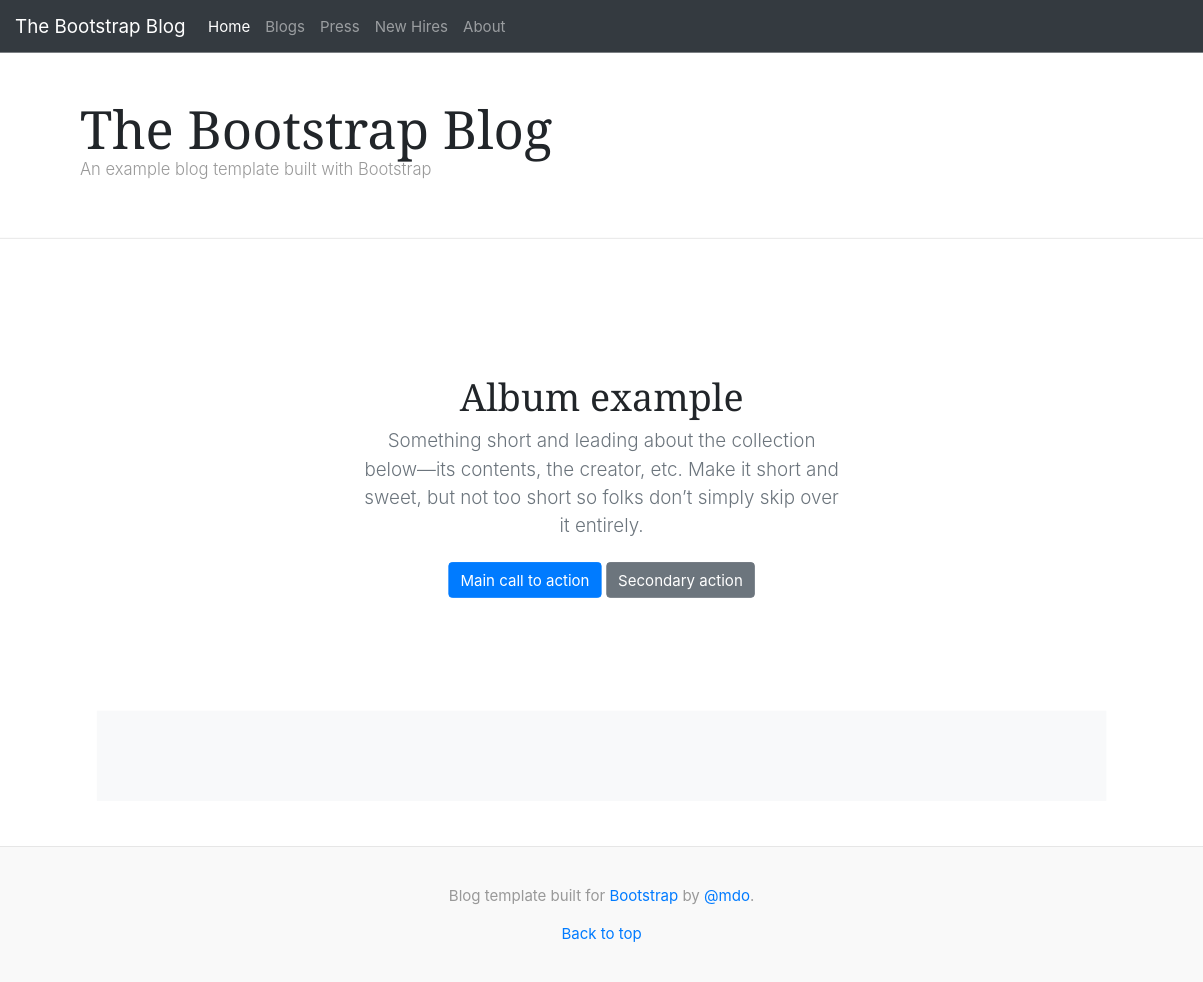
Repository: AshokSasi/CopyNPasta-Recycle-App
Page: http://localhost/
An editor plug-in stored every save of this project. The page is shown before and after the next save, followed by the edit.
The browser window is 1280 px wide. The pictures show the whole page, at 94% of full size.
The page is served by the project's Laravel application, run on PHP 8.4 with Laravel 8. Other server files are loaded and not shown. Queries for data that is not in the repository find no rows.

Above is the page before, as saved 2021-09-25 12:44:06.

### routes/web.php
<?php


Route::get('/','ItemsController@index');

Route::get('/posts/index','PostsController@index');

Route::get('/posts/create','PostsController@create');

Route::post('/posts','PostsController@store');


Route::get('/posts/{post}','PostsController@show');

Route::post('/posts/{post}/comments','CommentsController@store');

### app/Http/Controllers/ItemsController.php
<?php

namespace App\Http\Controllers;

use Illuminate\Http\Request;
use App\Items;
class ItemsController extends Controller
{
    public function index()
    {
        $items = Items::latest()->get();

        return view('home.index',compact('items'));
    }
}

### resources/views/home/index.blade.php
@extends('layouts.master')

@section('content')


<style>
  .bd-placeholder-img {
    font-size: 1.125rem;
    text-anchor: middle;
    -webkit-user-select: none;
    -moz-user-select: none;
    user-select: none;
  }

  @media (min-width: 768px) {
    .bd-placeholder-img-lg {
      font-size: 3.5rem;
    }
  }
</style>
<main>

  <section class="py-5 text-center container">
    <div class="row py-lg-5">
      <div class="col-lg-6 col-md-8 mx-auto">
        <h1 class="fw-light">Album example</h1>
        <p class="lead text-muted">Something short and leading about the collection below—its contents, the creator, etc. Make it short and sweet, but not too short so folks don’t simply skip over it entirely.</p>
        <p>
          <a href="#" class="btn btn-primary my-2">Main call to action</a>
          <a href="#" class="btn btn-secondary my-2">Secondary action</a>
        </p>
      </div>
    </div>
  </section>

  <div class="album py-5 bg-light">
    <div class="container">

      <div class="row row-cols-1 row-cols-sm-2 row-cols-md-3 g-3">
        @foreach ($items as $item)
        <?php $count = 1?>
        <div class="col">
          <div class="card shadow-sm">
            <svg class="bd-placeholder-img card-img-top" width="100%" height="225" xmlns="http://www.w3.org/2000/svg" role="img" aria-label="Placeholder: Thumbnail" preserveAspectRatio="xMidYMid slice" focusable="false"><title>Placeholder</title><rect width="100%" height="100%" fill="#55595c"/><text x="50%" y="50%" fill="#eceeef" dy=".3em">Thumbnail</text></svg>
            <div class="card-body">
              <p class="card-text"> <a href="/home/{{$item->id}}" >
                {{$item->title}}</h2>
              </a></p>
              <div class="d-flex justify-content-between align-items-center">
              </div>
            </div>
          </div>
        </div>
        @if ($count >2)
        <div class="w-100"></div>
        <?php $count = 0?>

        @else
        <?php $count++?>
        <?php echo $count?>
        @endif

          @endforeach



      </div>
    </div>
  </div>

</main>


@endsection

### resources/views/layouts/master.blade.php

<!doctype html>
<html lang="en">
  <head>
    <meta charset="utf-8">
    <meta name="viewport" content="width=device-width, initial-scale=1, shrink-to-fit=no">
    <meta name="description" content="">
    <meta name="author" content="">
    <link rel="icon" href="/docs/4.0/assets/img/favicons/favicon.ico">

    <title>The Bootstrap Blog</title>

    <link rel="canonical" href="https://getbootstrap.com/docs/4.0/examples/album/">

    <!-- Bootstrap core CSS -->
    <link rel="stylesheet" href="https://maxcdn.bootstrapcdn.com/bootstrap/4.0.0/css/bootstrap.min.css"
    integrity="sha384-Gn5384xqQ1aoWXA+058RXPxPg6fy4IWvTNh0E263XmFcJlSAwiGgFAW/dAiS6JXm" crossorigin="anonymous">

    <!-- Custom styles for this template -->
    <link href="/css/app.css" rel="stylesheet">
  </head>

  <body>

    <header>


    @include('layouts.nav')


    </header>

<div class="container p-3 p-md-5">
  <div class="row">
    @yield('content')

  </div>

</div>
@include('layouts.footer')

    <!-- Bootstrap core JavaScript
    ================================================== -->
    <!-- Placed at the end of the document so the pages load faster -->

  </body>
</html>

### resources/views/layouts/nav.blade.php
<nav class="navbar navbar-expand-lg navbar-dark bg-dark">
  <a class="navbar-brand" href="#">The Bootstrap Blog</a>
  <button class="navbar-toggler" type="button" data-toggle="collapse" data-target="#navbarSupportedContent" aria-controls="navbarSupportedContent" aria-expanded="false" aria-label="Toggle navigation">
    <span class="navbar-toggler-icon"></span>
  </button>

  <div class="collapse navbar-collapse" id="navbarSupportedContent">
    <ul class="navbar-nav mr-auto">
      <li class="nav-item active">
        <a class="nav-link" href="#">Home <span class="sr-only">(current)</span></a>
      </li>
      <li class="nav-item">
        <a class="nav-link" href="/posts/index">Blogs</a>
      </li>
      <li class="nav-item">
        <a class="nav-link" href="#">Press</a>
      </li>
      <li class="nav-item">
        <a class="nav-link" href="#">New Hires</a>
      </li>
      <li class="nav-item">
        <a class="nav-link" href="#">About</a>
      </li>


    </ul>

  </div>
</nav>

<div class="blog-header p-3 p-md-5">
  <div class="container">
    <h1 class="blog-title">The Bootstrap Blog</h1>
    <p class="lead blog-description">An example blog template built with Bootstrap</p>
  </div>
</div>

### resources/views/layouts/footer.blade.php
<footer class="blog-footer">
  <p>Blog template built for <a href="https://getbootstrap.com/">Bootstrap</a> by <a href="https://twitter.com/mdo">@mdo</a>.</p>
  <p>
    <a href="#">Back to top</a>
  </p>
</footer>

### public/css/app.css
/* stylelint-disable selector-list-comma-newline-after */

.blog-header {
    line-height: 1;
    border-bottom: 1px solid #e5e5e5;
  }

  .blog-header-logo {
    font-family: "Playfair Display", Georgia, "Times New Roman", serif;
    font-size: 2.25rem;
  }

  .blog-header-logo:hover {
    text-decoration: none;
  }

  h1,
  h2,
  h3,
  h4,
  h5,
  h6 {
    font-family: "Playfair Display", Georgia, "Times New Roman", serif;
  }

  .display-4 {
    font-size: 2.5rem;
  }

  @media (min-width: 768px) {
    .display-4 {
      font-size: 3rem;
    }
  }

  .nav-scroller {
    position: relative;
    z-index: 2;
    height: 2.75rem;
    overflow-y: hidden;
  }

  .nav-scroller .nav {
    display: -webkit-box;
    display: -ms-flexbox;
    display: flex;
    -ms-flex-wrap: nowrap;
    flex-wrap: nowrap;
    padding-bottom: 1rem;
    margin-top: -1px;
    overflow-x: auto;
    text-align: center;
    white-space: nowrap;
    -webkit-overflow-scrolling: touch;
  }

  .nav-scroller .nav-link {
    padding-top: .75rem;
    padding-bottom: .75rem;
    font-size: .875rem;
  }

  .card-img-right {
    height: 100%;
    border-radius: 0 3px 3px 0;
  }

  .flex-auto {
    -ms-flex: 0 0 auto;
    -webkit-box-flex: 0;
    flex: 0 0 auto;
  }

  .h-250 {
    height: 250px;
  }

  @media (min-width: 768px) {
    .h-md-250 {
      height: 250px;
    }
  }

  .border-top {
    border-top: 1px solid #e5e5e5;
  }

  .border-bottom {
    border-bottom: 1px solid #e5e5e5;
  }

  .box-shadow {
    -webkit-box-shadow: 0 0.25rem 0.75rem rgba(0, 0, 0, 0.05);
            box-shadow: 0 0.25rem 0.75rem rgba(0, 0, 0, 0.05);
  }

  /*
     * Blog name and description
     */

  .blog-title {
    margin-bottom: 0;
    font-size: 2rem;
    font-weight: 400;
  }

  .blog-description {
    font-size: 1.1rem;
    color: #999;
  }

  @media (min-width: 40em) {
    .blog-title {
      font-size: 3.5rem;
    }
  }

  /* Pagination */

  .blog-pagination {
    margin-bottom: 4rem;
  }

  .blog-pagination > .btn {
    border-radius: 2rem;
  }

  /*
     * Blog posts
     */

  .blog-post {
    margin-bottom: 4rem;
  }

  .blog-post-title {
    margin-bottom: .25rem;
    font-size: 2.5rem;
  }

  .blog-post-meta {
    margin-bottom: 1.25rem;
    color: #999;
  }

  /*
     * Footer
     */

  .blog-footer {
    padding: 2.5rem 0;
    color: #999;
    text-align: center;
    background-color: #f9f9f9;
    border-top: .05rem solid #e5e5e5;
  }

  .blog-footer p:last-child {
    margin-bottom: 0;
  }

/* stylelint-disable selector-list-comma-newline-after */

.blog-header {
    line-height: 1;
    border-bottom: 1px solid #e5e5e5;
  }

  .blog-header-logo {
    font-family: "Playfair Display", Georgia, "Times New Roman", serif;
    font-size: 2.25rem;
  }

  .blog-header-logo:hover {
    text-decoration: none;
  }

  h1,
  h2,
  h3,
  h4,
  h5,
  h6 {
    font-family: "Playfair Display", Georgia, "Times New Roman", serif;
  }

  .display-4 {
    font-size: 2.5rem;
  }

  @media (min-width: 768px) {
    .display-4 {
      font-size: 3rem;
    }
  }

  .nav-scroller {
    position: relative;
    z-index: 2;
    height: 2.75rem;
    overflow-y: hidden;
  }

  .nav-scroller .nav {
    display: -webkit-box;
    display: -ms-flexbox;
    display: flex;
    -ms-flex-wrap: nowrap;
    flex-wrap: nowrap;
    padding-bottom: 1rem;
    margin-top: -1px;
    overflow-x: auto;
    text-align: center;
    white-space: nowrap;
    -webkit-overflow-scrolling: touch;
  }

  .nav-scroller .nav-link {
    padding-top: .75rem;
    padding-bottom: .75rem;
    font-size: .875rem;
  }

  .card-img-right {
    height: 100%;
    border-radius: 0 3px 3px 0;
  }

  .flex-auto {
    -ms-flex: 0 0 auto;
    -webkit-box-flex: 0;
    flex: 0 0 auto;
  }

  .h-250 {
    height: 250px;
  }

  @media (min-width: 768px) {
    .h-md-250 {
      height: 250px;
    }
  }

  .border-top {
    border-top: 1px solid #e5e5e5;
  }

  .border-bottom {
    border-bottom: 1px solid #e5e5e5;
  }

  .box-shadow {
    -webkit-box-shadow: 0 0.25rem 0.75rem rgba(0, 0, 0, 0.05);
            box-shadow: 0 0.25rem 0.75rem rgba(0, 0, 0, 0.05);
  }

  /*
     * Blog name and description
     */

  .blog-title {
    margin-bottom: 0;
    font-size: 2rem;
    font-weight: 400;
  }

  .blog-description {
    font-size: 1.1rem;
    color: #999;
  }

  @media (min-width: 40em) {
    .blog-title {
      font-size: 3.5rem;
    }
  }

  /* Pagination */

  .blog-pagination {
    margin-bottom: 4rem;
  }

  .blog-pagination > .btn {
    border-radius: 2rem;
  }

  /*
     * Blog posts
     */

  .blog-post {
    margin-bottom: 4rem;
  }

  .blog-post-title {
    margin-bottom: .25rem;
    font-size: 2.5rem;
  }

  .blog-post-meta {
    margin-bottom: 1.25rem;
    color: #999;
  }

  /*
     * Footer
     */

  .blog-footer {
    padding: 2.5rem 0;
    color: #999;
    text-align: center;
    background-color: #f9f9f9;
    border-top: .05rem solid #e5e5e5;
  }

  .blog-footer p:last-child {
    margin-bottom: 0;
  }


  /* ============================================================================================== */

Loaded but not shown: app/Http/Controllers/Controller.php (common file); app/Items.php (common file)

After the next save:
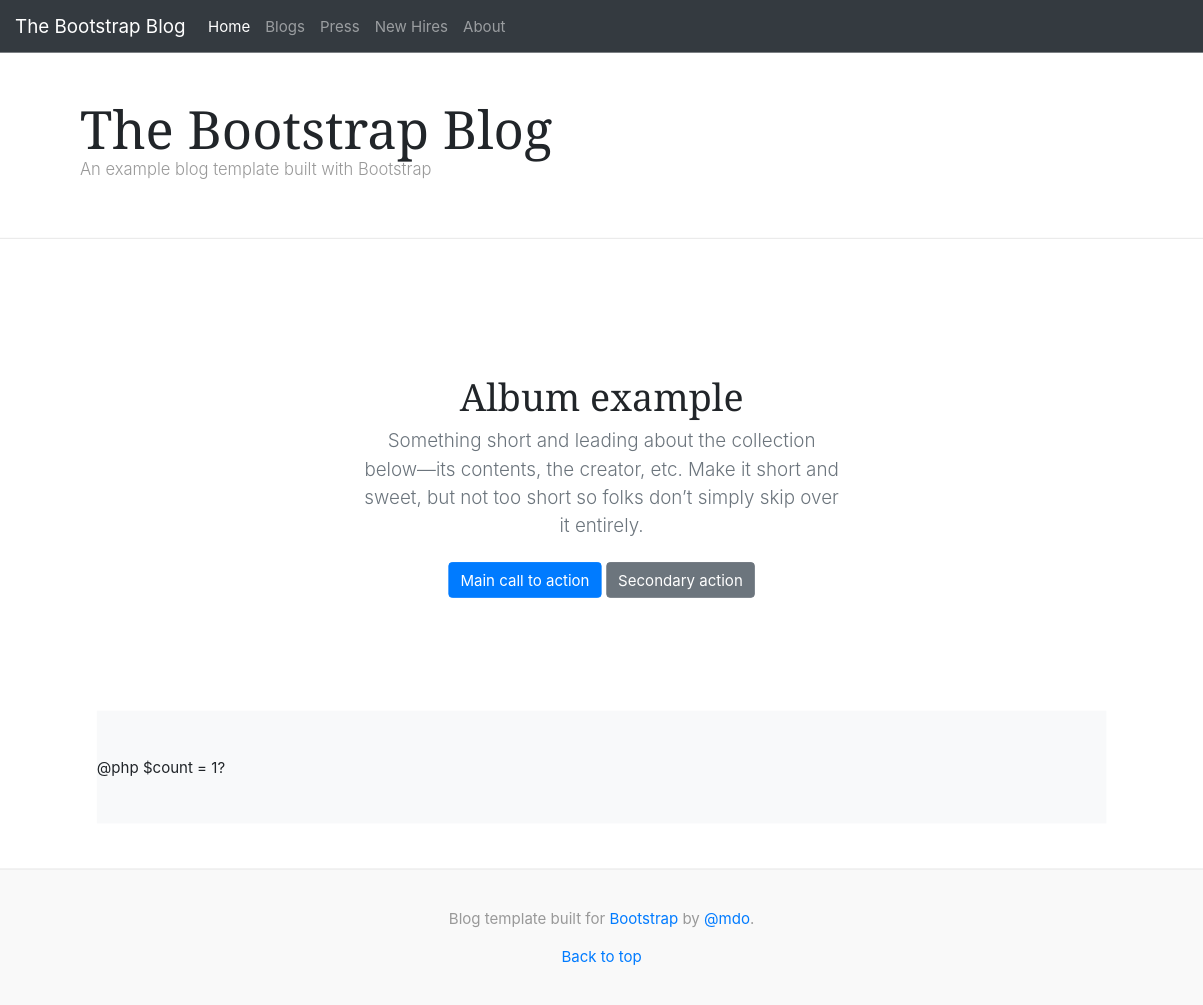
Saved 37 s later.
--- a/resources/views/home/index.blade.php
+++ b/resources/views/home/index.blade.php
@@ -37,8 +37,9 @@
     <div class="container">
 
       <div class="row row-cols-1 row-cols-sm-2 row-cols-md-3 g-3">
+        @php $count = 1?
         @foreach ($items as $item)
-        <?php $count = 1?>
+
         <div class="col">
           <div class="card shadow-sm">
             <svg class="bd-placeholder-img card-img-top" width="100%" height="225" xmlns="http://www.w3.org/2000/svg" role="img" aria-label="Placeholder: Thumbnail" preserveAspectRatio="xMidYMid slice" focusable="false"><title>Placeholder</title><rect width="100%" height="100%" fill="#55595c"/><text x="50%" y="50%" fill="#eceeef" dy=".3em">Thumbnail</text></svg>

After the save that followed:
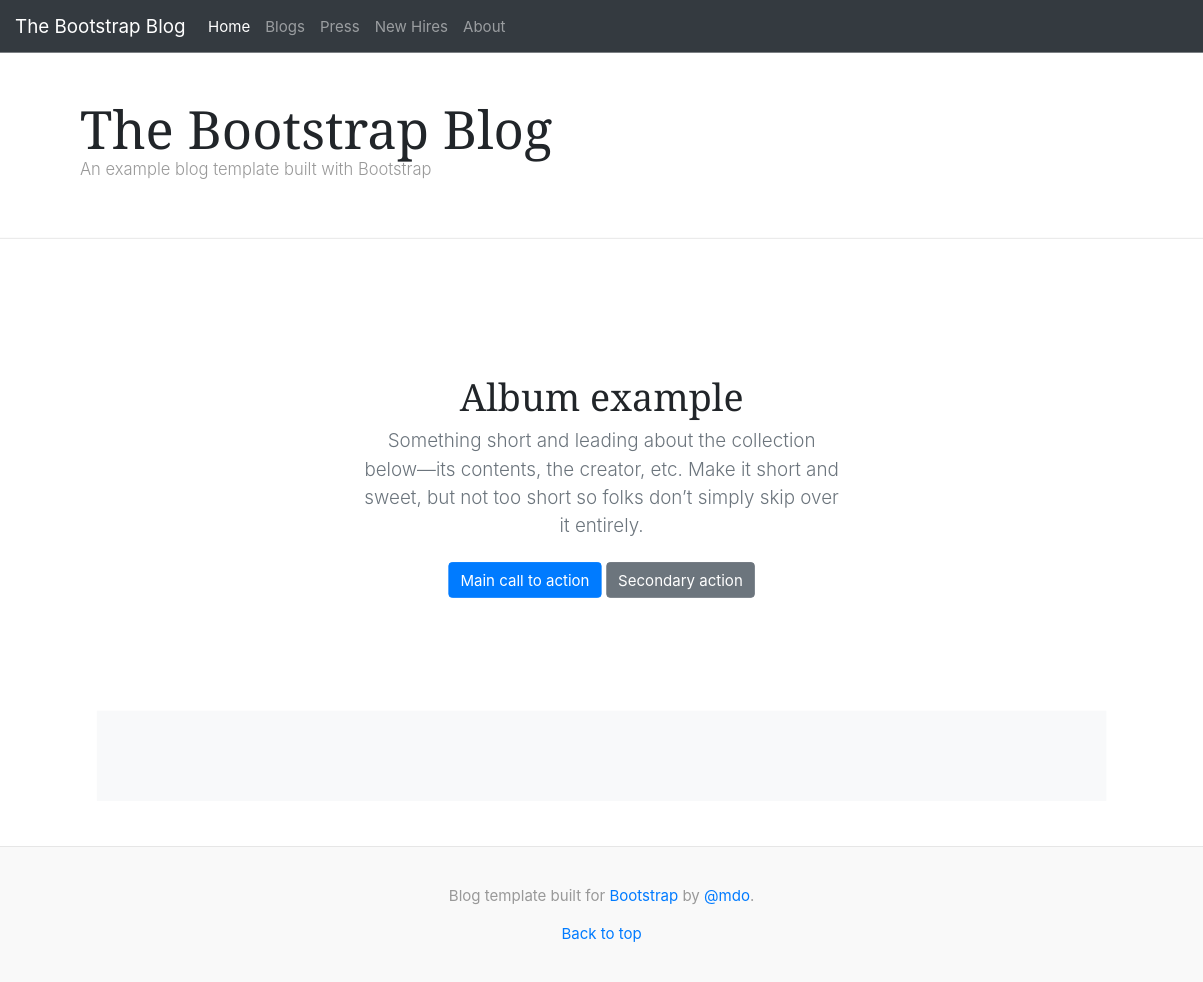
Saved 18 s later.
--- a/resources/views/home/index.blade.php
+++ b/resources/views/home/index.blade.php
@@ -37,7 +37,7 @@
     <div class="container">
 
       <div class="row row-cols-1 row-cols-sm-2 row-cols-md-3 g-3">
-        @php $count = 1?
+        <?php $count = 1?>
         @foreach ($items as $item)
 
         <div class="col">
